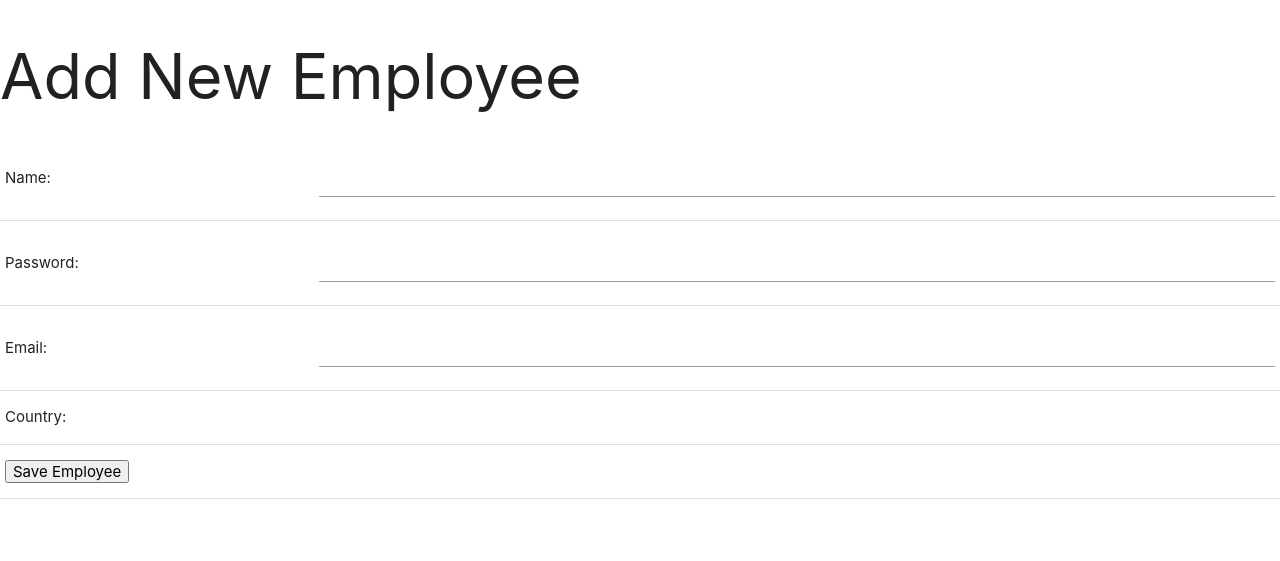
Repository: mubashirkhan1/Corejsvs__Programs
Page: basicprogram/TestWeb/WebContent/crud1.html
An editor plug-in stored every save of this project. The page is shown before and after the next save, followed by the edit.
The browser window is 1280 px wide. The pictures show the whole page.

Above is the page before, as saved 2021-03-11 00:27:33.

### basicprogram/TestWeb/WebContent/crud1.html
<!DOCTYPE html>
<html>
<head>
<meta charset="ISO-8859-1">
<title>Insert title here</title>
</head>
<body>



    <!-- Compiled and minified CSS -->
    <link rel="stylesheet" href="https://cdnjs.cloudflare.com/ajax/libs/materialize/1.0.0/css/materialize.min.css">

    <!-- Compiled and minified JavaScript -->
    <script src="https://cdnjs.cloudflare.com/ajax/libs/materialize/1.0.0/js/materialize.min.js"></script>

</head>
<body>


<h1>Add New Employee</h1>
<form action="SaveServlet" method="post">
<table>
<tr><td>Name:</td><td><input type="text" name="name"/></td></tr>
<tr><td>Password:</td><td><input type="password" name="password"/></td></tr>
<tr><td>Email:</td><td><input type="email" name="email"/></td></tr>
<tr><td>Country:</td><td>
<select name="country" style="width:150px">
<option>India</option>
<option>USA</option>
<option>UK</option>
<option>Other</option>
</select>
</td></tr>
<tr><td colspan="2"><input type="submit" value="Save Employee"/></td></tr>
</table>
</form>

</body>
</html>

After the next save:
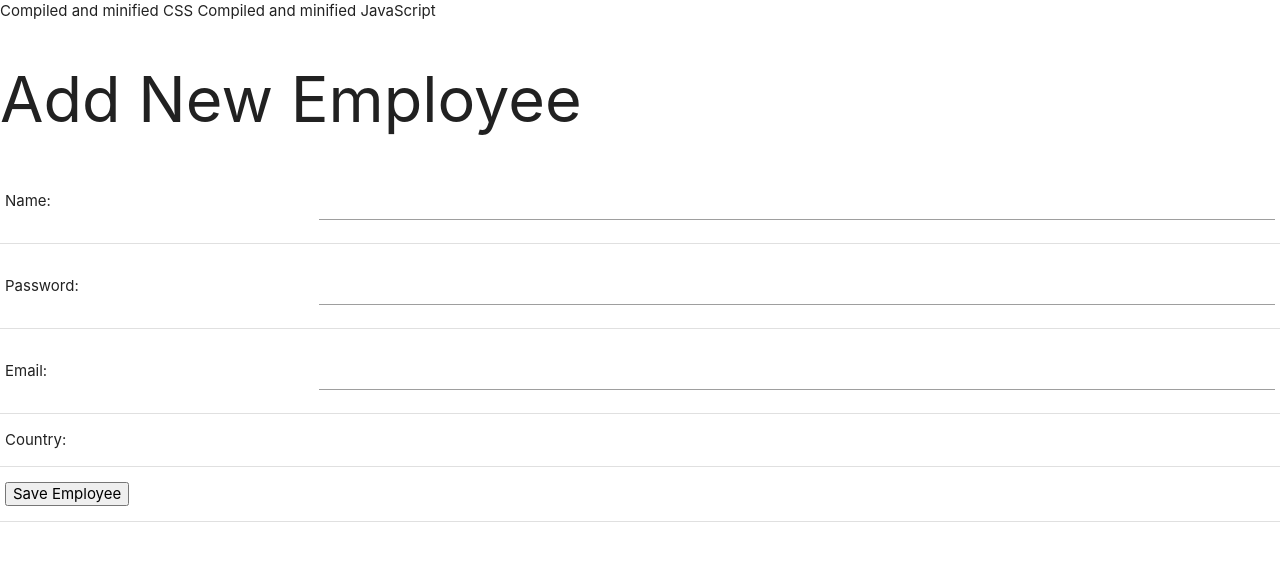
Saved 74 s later.
--- a/basicprogram/TestWeb/WebContent/crud1.html
+++ b/basicprogram/TestWeb/WebContent/crud1.html
@@ -8,10 +8,10 @@
 
 
 
-    <!-- Compiled and minified CSS -->
+    Compiled and minified CSS
     <link rel="stylesheet" href="https://cdnjs.cloudflare.com/ajax/libs/materialize/1.0.0/css/materialize.min.css">
 
-    <!-- Compiled and minified JavaScript -->
+     Compiled and minified JavaScript
     <script src="https://cdnjs.cloudflare.com/ajax/libs/materialize/1.0.0/js/materialize.min.js"></script>
 
 </head>
@@ -19,7 +19,7 @@
 
 
 <h1>Add New Employee</h1>
-<form action="SaveServlet" method="post">
+<form action=>
 <table>
 <tr><td>Name:</td><td><input type="text" name="name"/></td></tr>
 <tr><td>Password:</td><td><input type="password" name="password"/></td></tr>
